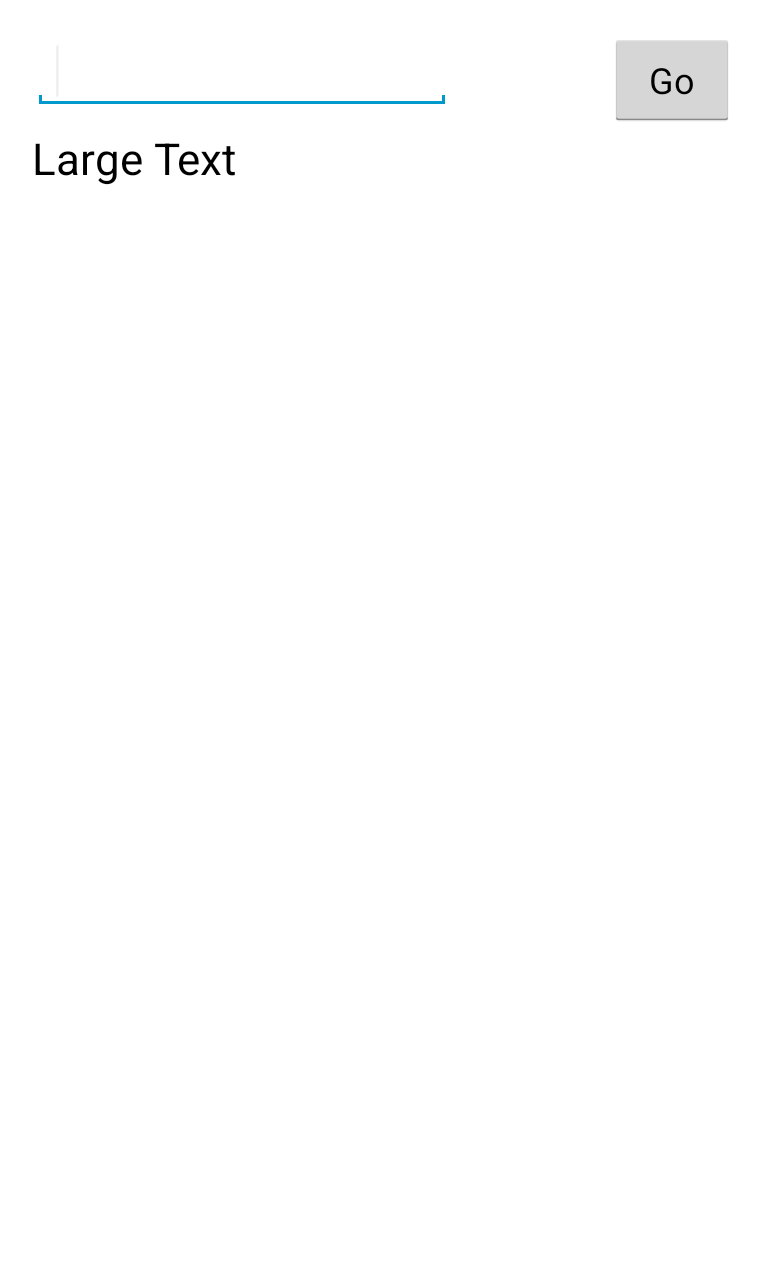
Repository: thenewcircle/class-3290
Layout: Fib/res/layout/activity_main.xml
An editor plug-in stored every save of this project. The layout is shown before and after the next save, followed by the edit.
It is drawn on a 768 x 1280 px phone screen (xhdpi) without system bars, with theme AppTheme; the app's code is not run.

Above is the layout before, as saved 2013-10-28 14:18:23.

After the next save:
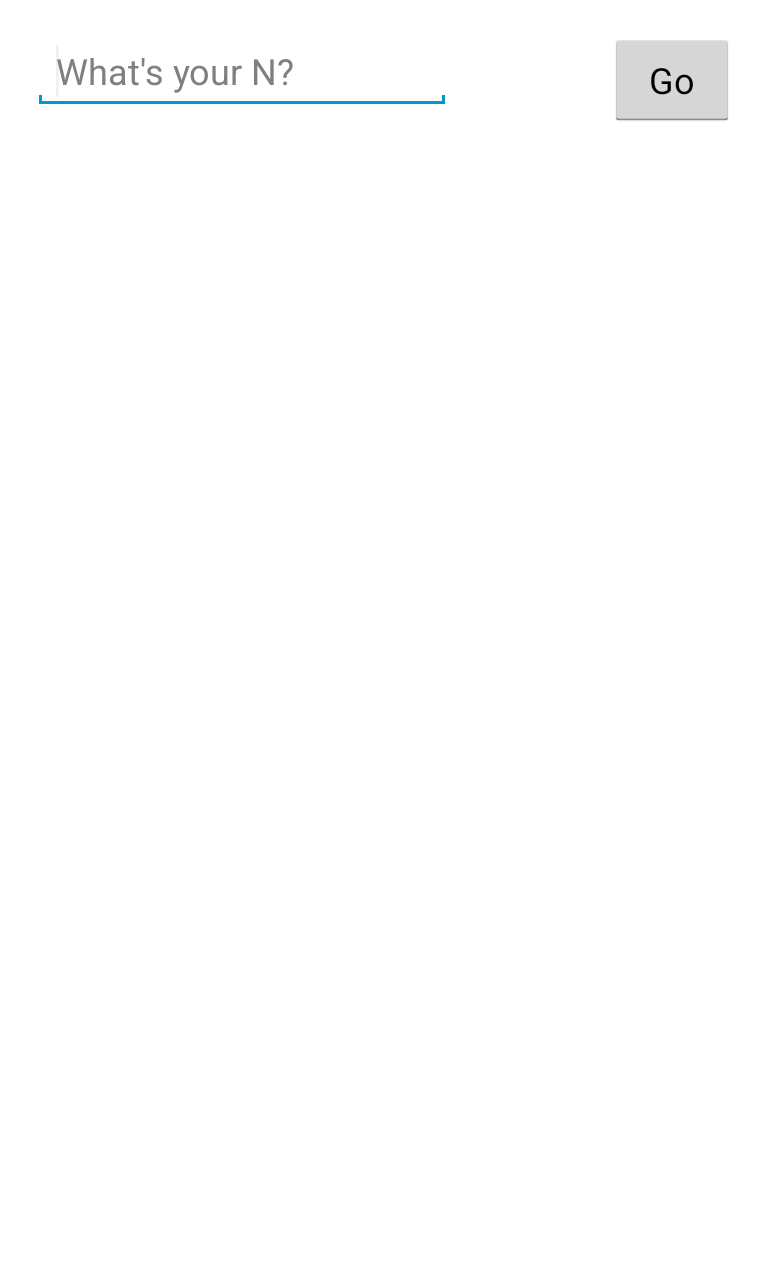
Saved 22 s later.
--- a/Fib/res/layout/activity_main.xml
+++ b/Fib/res/layout/activity_main.xml
@@ -14,7 +14,6 @@
         android:layout_height="match_parent"
         android:layout_alignParentLeft="true"
         android:layout_below="@+id/button_go"
-        android:text="Large Text"
         android:textAppearance="?android:attr/textAppearanceLarge" />
 
     <EditText
@@ -24,6 +23,7 @@
         android:layout_alignParentLeft="true"
         android:layout_alignParentTop="true"
         android:ems="10"
+        android:hint="@string/input_hint"
         android:inputType="number" >
 
         <requestFocus />
